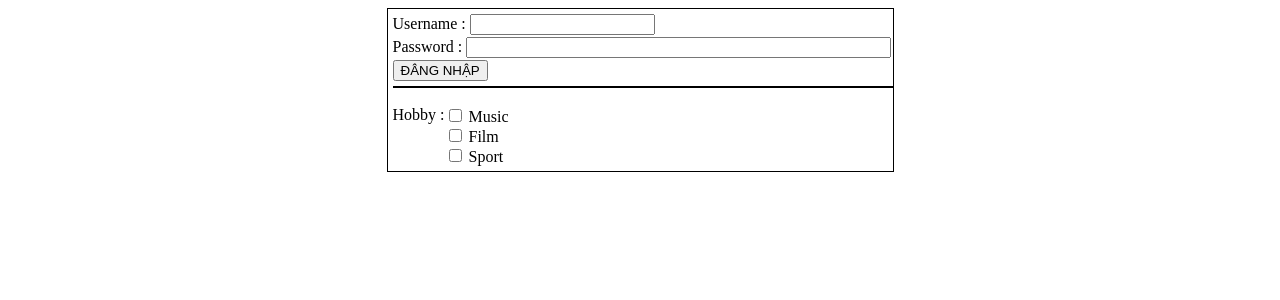
Repository: Tan-Khang21/TH_TKW--Buoi_04
Page: Bai_Tap_Mau/Bai_02/Bai_02.html
The author's editor kept a copy of each file at every save. The page is drawn from the files as they stood at one save, then again after the next save.
The browser window is 1280 px wide. The pictures show the whole page.

Above is the page before, as saved 2024-03-05 22:07:48.

### Bai_Tap_Mau/Bai_02/Bai_02.html
<!DOCTYPE html>
<html lang="en">
  <head>
    <meta charset="UTF-8" />
    <meta name="viewport" content="width=device-width, initial-scale=1.0" />
    <title>Document</title>
  </head>
  <body>
    <form
      style="
        width: 500px;
        margin: 0 auto;
        border: 1px solid black;
        padding: 5px;
        padding-right: 0;
      "
    >
      <span>Username :</span>
      <input type="text" />
      <br />
      <span>Password :</span>
      <input style="margin-top: 2px" type="password" size="50" />
      <br />
      <input
        style="margin-top: 2px"
        type="submit"
        value="ĐÂNG NHẬP"
        style="padding: 0 5px"
      />
      <div
        style="border-bottom: 2px solid black; width: 100%; margin-top: 5px"
      ></div>
      <br />
      <div style="display: flex">
        <span>Hobby :</span>
        <div style="display: flex; flex-direction: column">
          <div><input type="checkbox" /> Music</div>
          <div><input type="checkbox" /> Film</div>
          <div><input type="checkbox" /> Sport</div>
        </div>
      </div>
    </form>
  </body>
</html>

After the next save:
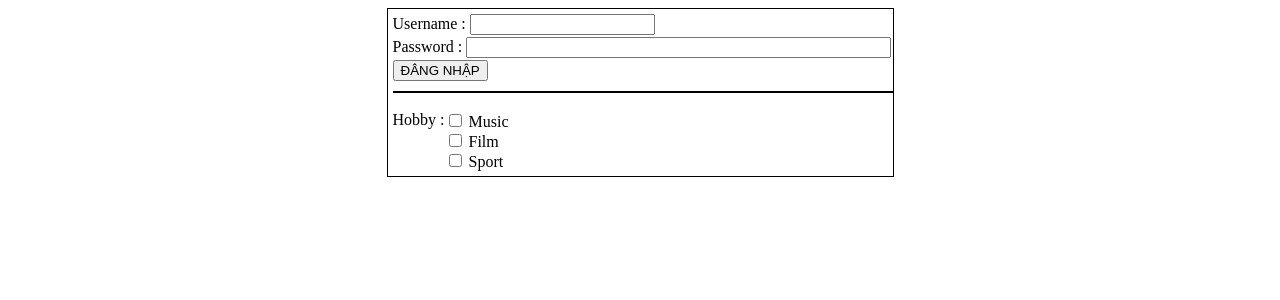
Saved 19 min 27 s later.
--- a/Bai_Tap_Mau/Bai_02/Bai_02.html
+++ b/Bai_Tap_Mau/Bai_02/Bai_02.html
@@ -28,7 +28,7 @@
         style="padding: 0 5px"
       />
       <div
-        style="border-bottom: 2px solid black; width: 100%; margin-top: 5px"
+        style="border-bottom: 2px solid black; width: 100%; margin-top: 10px"
       ></div>
       <br />
       <div style="display: flex">
@@ -36,7 +36,7 @@
         <div style="display: flex; flex-direction: column">
           <div><input type="checkbox" /> Music</div>
           <div><input type="checkbox" /> Film</div>
-          <div><input type="checkbox" /> Sport</div>
+          <div><input  type="checkbox" /> Sport</div>
         </div>
       </div>
     </form>
